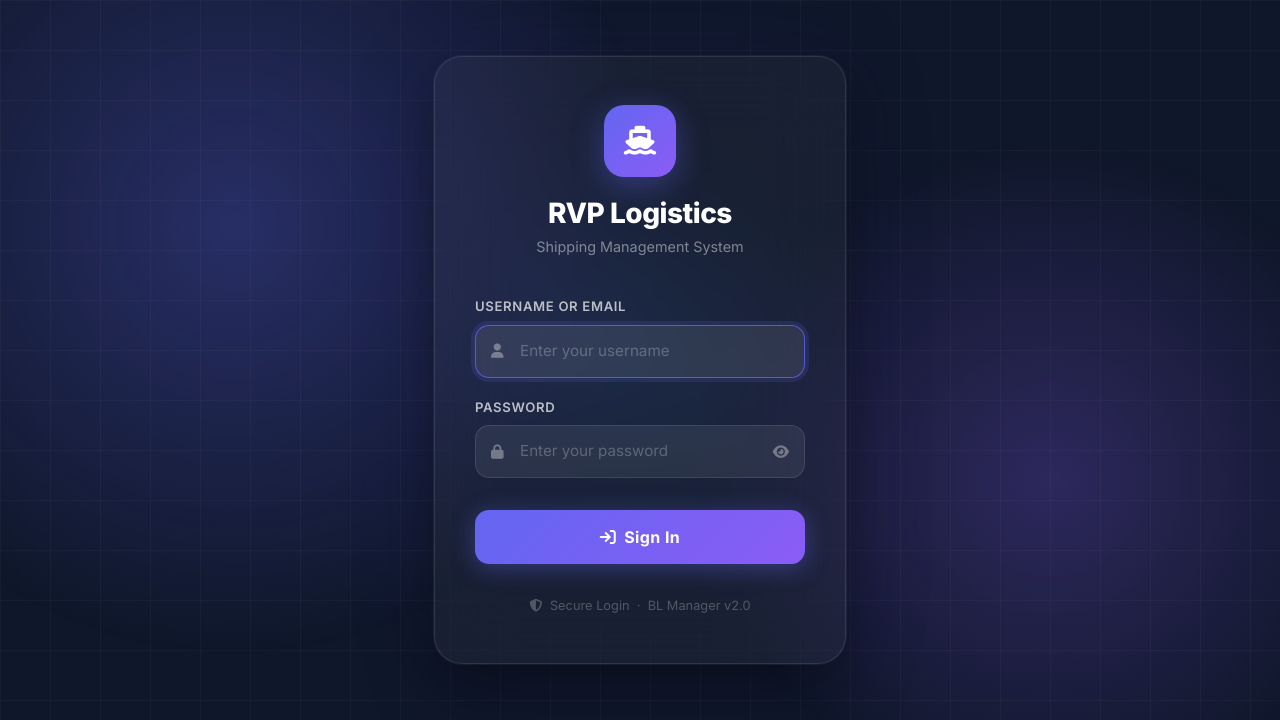
Repository: senteu254/logistics
Page: http://localhost/login.php
The author's editor kept a copy of each file at every save. The page is drawn from the files as they stood at one save, then again after the next save.
The browser window is 1280 px wide. The pictures show the whole page.
The page is run by PHP 8.4 with error messages shown; the project is at /var/www/html/.

Above is the page before, as saved 2026-05-13 13:33:38.

After the next save:
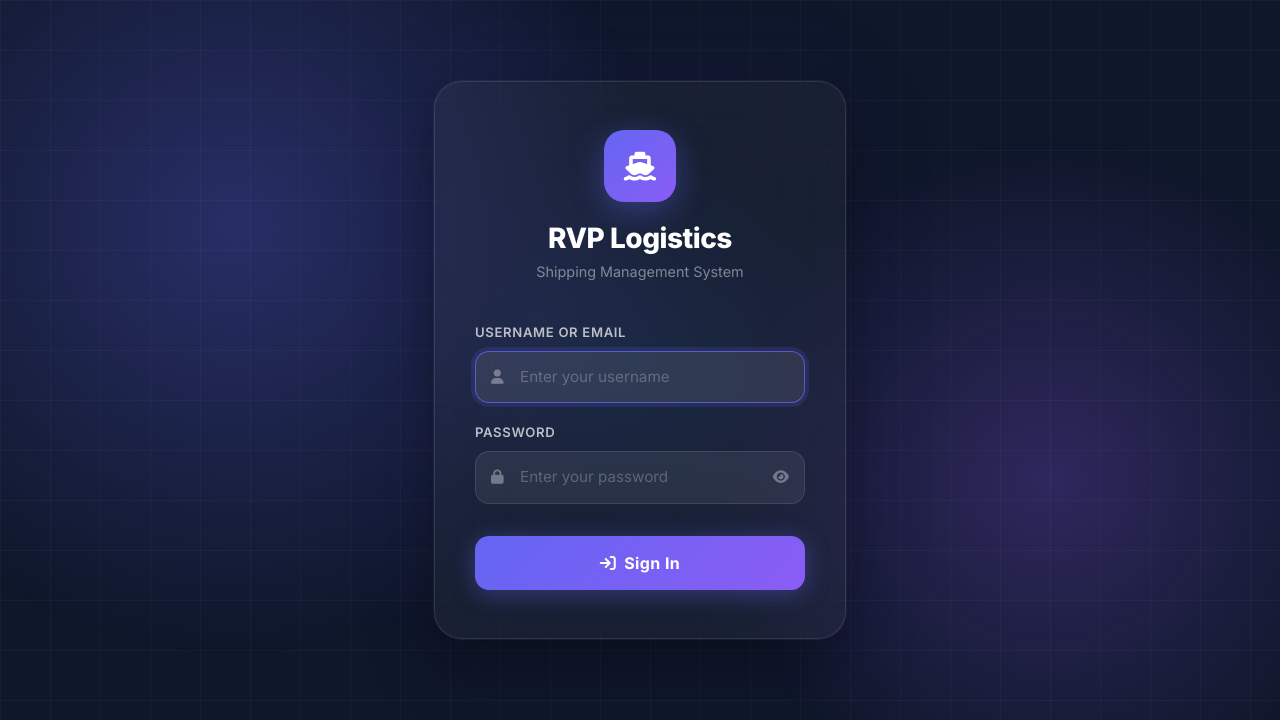
Saved 32 s later.
--- a/login.php
+++ b/login.php
@@ -465,13 +465,13 @@ if ($_SERVER['REQUEST_METHOD'] === 'POST') {
             </form>
 
             <!-- Footer -->
-            <div class="login-footer">
+            <!-- <div class="login-footer">
                 <i class="fas fa-shield-halved me-1"></i>
                 Secure Login &nbsp;·&nbsp; BL Manager v2.0
             </div>
 
         </div>
-    </div>
+    </div> -->
 
     <script src="https://cdn.jsdelivr.net/npm/bootstrap@5.3.2/dist/js/bootstrap.bundle.min.js"></script>
     <script>
